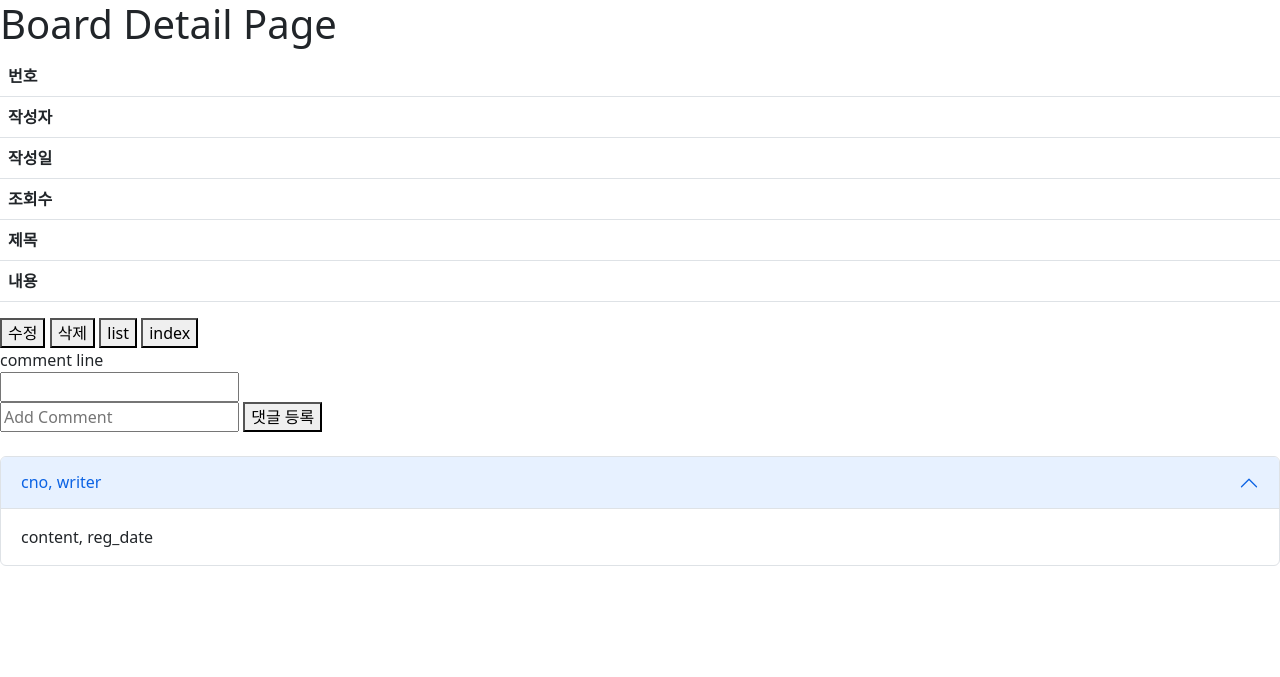
Repository: novemberjj/jsp
Page: http://localhost/jsp_project/board/detail.jsp
The author's editor kept a copy of each file at every save. The page is drawn from the files as they stood at one save, then again after the next save.
The browser window is 1280 px wide. The pictures show the whole page.
The page is served by Tomcat 9. Other server files are loaded and not shown. The template is opened directly, without the code that normally fills it, so the values that code supplies are empty.

Above is the page before, as saved 2023-05-19 02:19:05.

### jsp_project2/jsp_project/src/main/webapp/board/detail.jsp
<%@ page language="java" contentType="text/html; charset=UTF-8"
    pageEncoding="UTF-8"%>
   <%@ taglib uri="http://java.sun.com/jsp/jstl/core" prefix="c" %>
<!DOCTYPE html>
<html>
<head>
<meta charset="UTF-8">
<title>Board Detail Page</title>
 <link href="https://cdn.jsdelivr.net/npm/bootstrap@5.2.3/dist/css/bootstrap.min.css" rel="stylesheet" integrity="sha384-rbsA2VBKQhggwzxH7pPCaAqO46MgnOM80zW1RWuH61DGLwZJEdK2Kadq2F9CUG65" crossorigin="anonymous">
</head>
<body>
 <script src="https://cdn.jsdelivr.net/npm/bootstrap@5.2.3/dist/js/bootstrap.bundle.min.js" integrity="sha384-kenU1KFdBIe4zVF0s0G1M5b4hcpxyD9F7jL+jjXkk+Q2h455rYXK/7HAuoJl+0I4" crossorigin="anonymous"></script>
<h1>Board Detail Page</h1>
<table class="table">
<tr>
<th>번호</th>
<td>${bvo.bno }</td>
</tr>
<tr>
<th>작성자</th>
<td>${bvo.writer }</td>
</tr>
<tr>
<th>작성일</th>
<td>${bvo.reg_date }</td>
</tr>
<tr>
<th>조회수</th>
<td>${bvo.read_count }</td>
</tr>
<tr>
<th>제목</th>
<td>${bvo.title }</td>
</tr>
<tr>
<th>내용</th>
<td>${bvo.content }</td>
</tr>
</table>
<a href="/brd/modify?bno=${bvo.bno }"><button type="button">수정</button></a>
<a href="/brd/remove?bno=${bvo.bno }"><button type="button">삭제</button></a>
<a href="/brd/list"><button type="button">list</button></a>
<a href="/"><button type="button">index</button></a>

<div>
comment line <br>
<!-- 댓글 작성 라인 -->
<input type="text" id="cmtWriter" value="${ses.id }" readonly="readonly"> <br>
<input type="text" id="cmtText" placeholder="Add Comment"> <!-- name으로 안받는 이유 => script로 갈 것이기 때문  전에는 controller로 이동-->
<button type="button" id="cmtAddBtn">댓글 등록</button> <!-- form/submit 아닌 이유도 js로 갈 것이기 때문 -->
</div><br>

<!-- 댓글 표시 라인 -->

<div class="accordion" id="accordionExample">
  <div class="accordion-item">
    <h2 class="accordion-header" id="headingOne">
      <button class="accordion-button" type="button" data-bs-toggle="collapse" data-bs-target="#collapseOne" aria-expanded="true" aria-controls="collapseOne">
        cno, writer
      </button>
    </h2>
    <div id="collapseOne" class="accordion-collapse collapse show" aria-labelledby="headingOne" data-bs-parent="#accordionExample">
      <div class="accordion-body">
      content, reg_date
      </div>
    </div>
  </div>
</div>


</body>
</html>

After the next save:
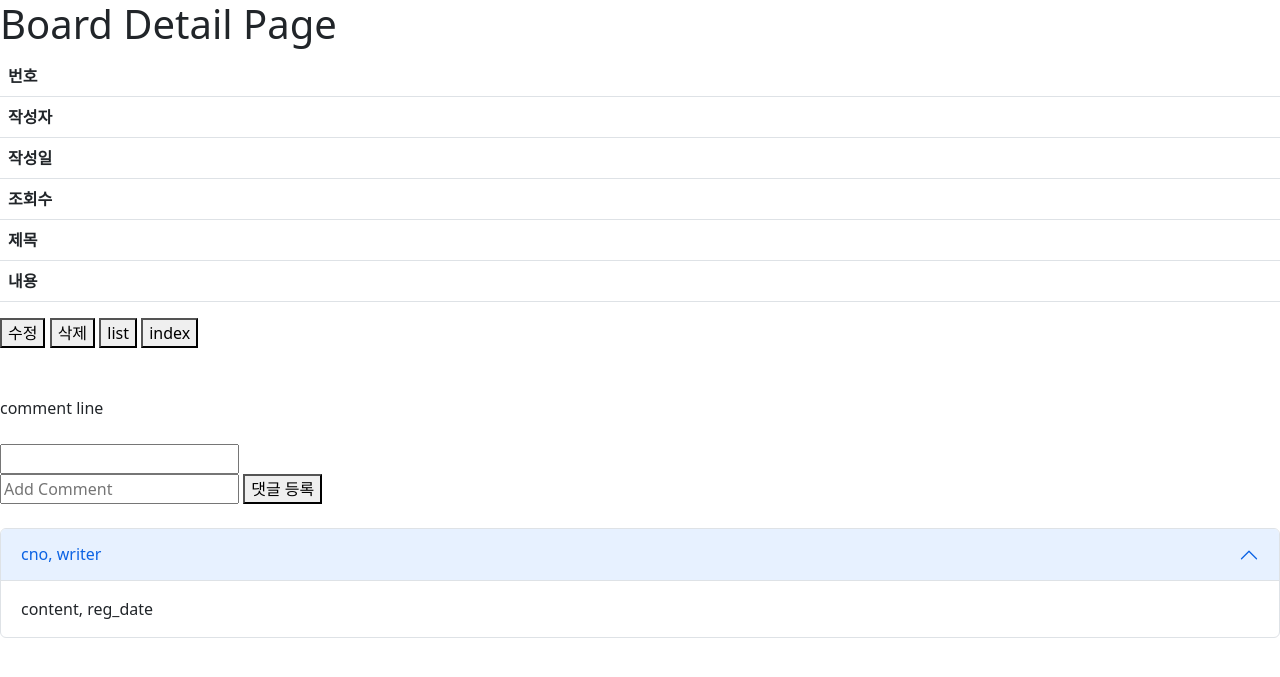
Saved 114 s later.
--- a/jsp_project2/jsp_project/src/main/webapp/board/detail.jsp
+++ b/jsp_project2/jsp_project/src/main/webapp/board/detail.jsp
@@ -42,8 +42,8 @@
 <a href="/brd/list"><button type="button">list</button></a>
 <a href="/"><button type="button">index</button></a>
 
-<div>
-comment line <br>
+<div> <br> <br>
+comment line <br> <br>
 <!-- 댓글 작성 라인 -->
 <input type="text" id="cmtWriter" value="${ses.id }" readonly="readonly"> <br>
 <input type="text" id="cmtText" placeholder="Add Comment"> <!-- name으로 안받는 이유 => script로 갈 것이기 때문  전에는 controller로 이동-->
